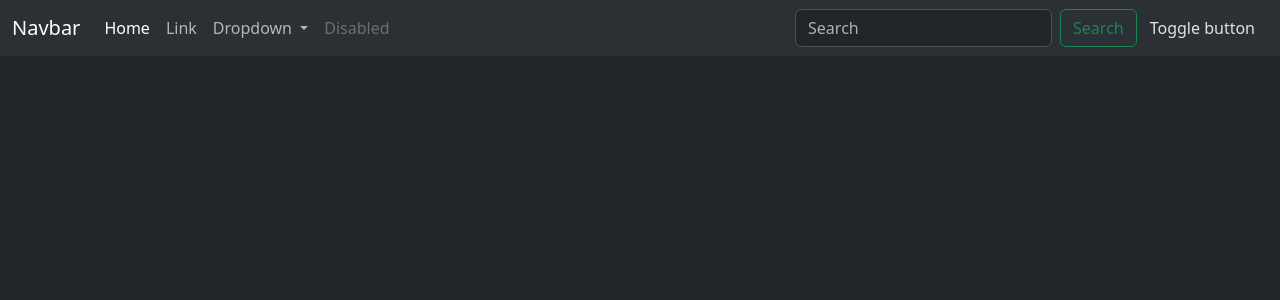
Repository: VictoriousMango/Archive
Page: index.html
These files come from the project's save history. The page is drawn as it stood at one moment and after the next save; the edit follows.
The browser window is 1280 px wide. The pictures show the whole page.

Above is the page before, as saved 2024-06-05 22:50:46.

### index.html
<!doctype html>
<html lang="en">
    <head>
        <meta charset="utf-8">
        <meta name="viewport" content="width=device-width, initial-scale=1">
        <title>Bootstrap demo</title>
        <link href="https://cdn.jsdelivr.net/npm/bootstrap@5.3.3/dist/css/bootstrap.min.css" rel="stylesheet" integrity="sha384-QWTKZyjpPEjISv5WaRU9OFeRpok6YctnYmDr5pNlyT2bRjXh0JMhjY6hW+ALEwIH" crossorigin="anonymous">    </head>
    <body data-bs-theme="dark">
        <!-- NavBar -->
        <nav class="navbar navbar-expand-lg bg-body-tertiary">
            <div class="container-fluid">
              <a class="navbar-brand" href="#">Navbar</a>
              <button class="navbar-toggler" type="button" data-bs-toggle="collapse" data-bs-target="#navbarSupportedContent" aria-controls="navbarSupportedContent" aria-expanded="false" aria-label="Toggle navigation">
                <span class="navbar-toggler-icon"></span>
              </button>
                <div class="collapse navbar-collapse" id="navbarSupportedContent">
                    <ul class="navbar-nav me-auto mb-2 mb-lg-0">
                    <li class="nav-item">
                        <a class="nav-link active" aria-current="page" href="#">Home</a>
                    </li>
                    <li class="nav-item">
                        <a class="nav-link" href="#">Link</a>
                    </li>
                    <li class="nav-item dropdown">
                        <a class="nav-link dropdown-toggle" href="#" role="button" data-bs-toggle="dropdown" aria-expanded="false">
                        Dropdown
                        </a>
                        <ul class="dropdown-menu">
                        <li><a class="dropdown-item" href="#">Action</a></li>
                        <li><a class="dropdown-item" href="#">Another action</a></li>
                        <li><hr class="dropdown-divider"></li>
                        <li><a class="dropdown-item" href="#">Something else here</a></li>
                        </ul>
                    </li>
                    <li class="nav-item">
                        <a class="nav-link disabled" aria-disabled="true">Disabled</a>
                    </li>
                    </ul>
                    <form class="d-flex" role="search">
                        <input class="form-control me-2" type="search" placeholder="Search" aria-label="Search">
                        <button class="btn btn-outline-success" type="submit">Search</button>
                    </form>
                    <button type="button" class="btn" data-bs-toggle="button">Toggle button</button>
                </div>
            </div>
        </nav>
        <!-- NavBar -->
        <!-- Including JS -->
        <script src="https://cdn.jsdelivr.net/npm/bootstrap@5.3.3/dist/js/bootstrap.bundle.min.js" integrity="sha384-YvpcrYf0tY3lHB60NNkmXc5s9fDVZLESaAA55NDzOxhy9GkcIdslK1eN7N6jIeHz" crossorigin="anonymous"></script>
    </body>
</html>

After the next save:
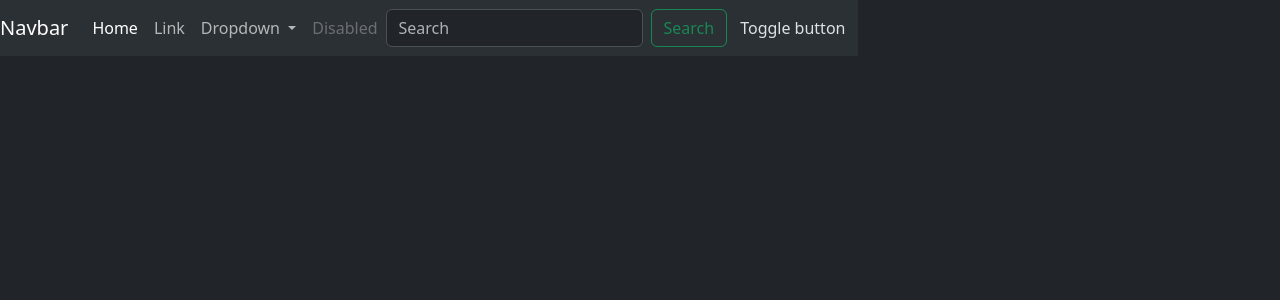
Saved 4 min 18 s later.
--- a/index.html
+++ b/index.html
@@ -7,7 +7,7 @@
         <link href="https://cdn.jsdelivr.net/npm/bootstrap@5.3.3/dist/css/bootstrap.min.css" rel="stylesheet" integrity="sha384-QWTKZyjpPEjISv5WaRU9OFeRpok6YctnYmDr5pNlyT2bRjXh0JMhjY6hW+ALEwIH" crossorigin="anonymous">    </head>
     <body data-bs-theme="dark">
         <!-- NavBar -->
-        <nav class="navbar navbar-expand-lg bg-body-tertiary">
+        <nav class="navbar navbar-expand-lg bg-body-tertiary d-inline-flex gap-1>
             <div class="container-fluid">
               <a class="navbar-brand" href="#">Navbar</a>
               <button class="navbar-toggler" type="button" data-bs-toggle="collapse" data-bs-target="#navbarSupportedContent" aria-controls="navbarSupportedContent" aria-expanded="false" aria-label="Toggle navigation">

After the save that followed:
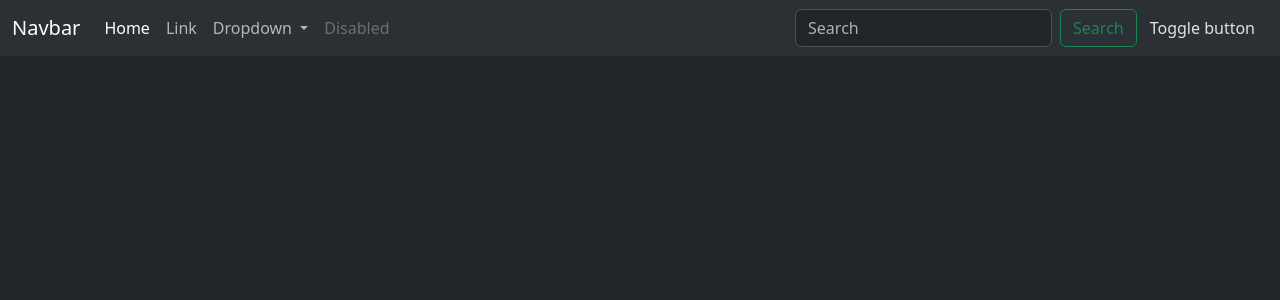
Saved 11 s later.
--- a/index.html
+++ b/index.html
@@ -7,7 +7,7 @@
         <link href="https://cdn.jsdelivr.net/npm/bootstrap@5.3.3/dist/css/bootstrap.min.css" rel="stylesheet" integrity="sha384-QWTKZyjpPEjISv5WaRU9OFeRpok6YctnYmDr5pNlyT2bRjXh0JMhjY6hW+ALEwIH" crossorigin="anonymous">    </head>
     <body data-bs-theme="dark">
         <!-- NavBar -->
-        <nav class="navbar navbar-expand-lg bg-body-tertiary d-inline-flex gap-1>
+        <nav class="navbar navbar-expand-lg bg-body-tertiary ">
             <div class="container-fluid">
               <a class="navbar-brand" href="#">Navbar</a>
               <button class="navbar-toggler" type="button" data-bs-toggle="collapse" data-bs-target="#navbarSupportedContent" aria-controls="navbarSupportedContent" aria-expanded="false" aria-label="Toggle navigation">
